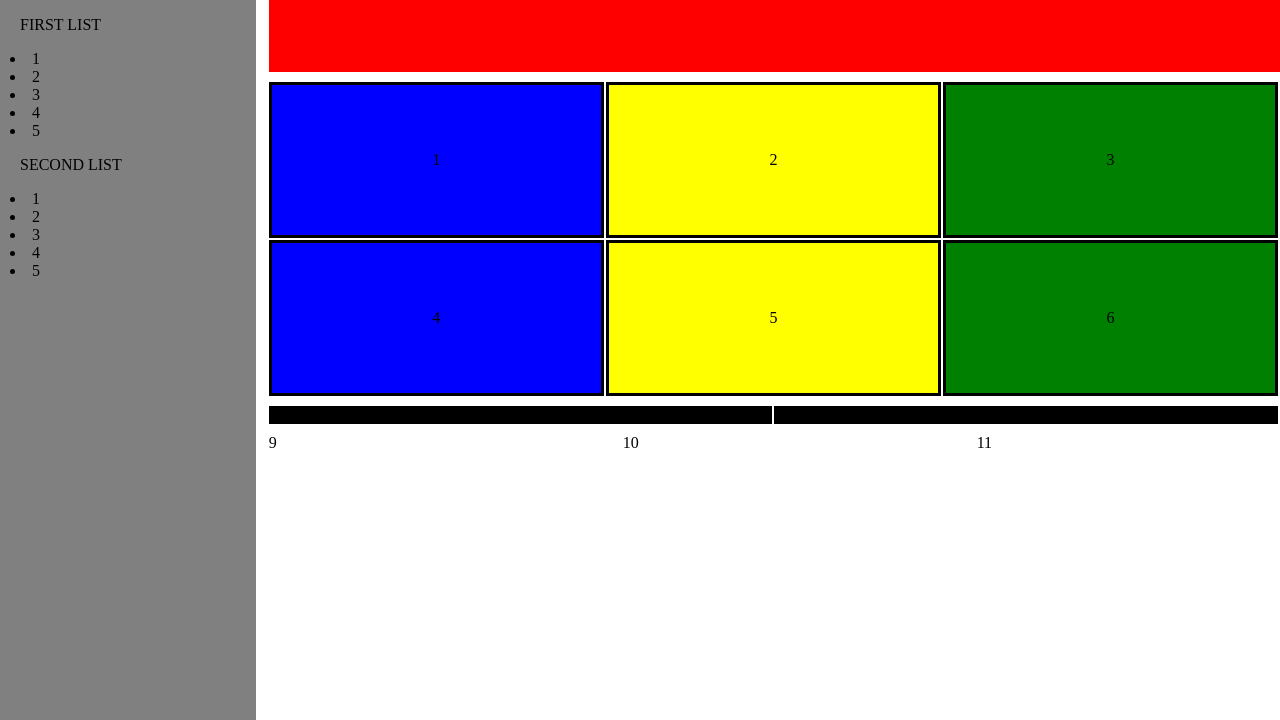
Repository: future4code/Gabriel-Ricarte
Page: Semana3/Aula02/Index.html
These files come from the project's save history. The page is drawn as it stood at one moment and after the next save; the edit follows.
The browser window is 1280 px wide. The pictures show the whole page.

Above is the page before, as saved 2019-11-12 19:07:13.

### Semana3/Aula02/Index.html
<!DOCTYPE html>
<html lang="Pt-br">
<head>
    <meta charset="UTF-8">
    <meta name="viewport" content="width=device-width, initial-scale=1.0">
    <meta http-equiv="X-UA-Compatible" content="ie=edge">
    <link rel="stylesheet" href="Style.css">
    <meta name="viewport" content="width=device-width, initial-scale=1">
    <title>Responsividade</title>
</head>
<body>
    <div>
        <div>
            <div class="barraLateral">
               <div id="lista">
                <lu>
                    <p class="paragrafoLista">FIRST LIST</p>
                    <li>1</li>
                    <li>2</li>
                    <li>3</li>
                    <li>4</li>
                    <li>5</li>
                </lu>
                <lu>
                    <p class="paragrafoLista">SECOND LIST</p>
                    <li>1</li>
                    <li>2</li>
                    <li>3</li>
                    <li>4</li>
                    <li>5</li>
                </lu>
               </div>

            </div>
            <div class="mainContent">
                <div class="barraSuperior"></div>
                <div class="FirstContainer">
                    <div id="firstPartContainer">
                            <div id="superior1">1</div>
                            <div id="superior2">2</div>
                            <div id="superior3">3</div>

                    </div>
                    <div id="secondPartContainer">

                        <div id="inferior4">4</div>
                        <div id="inferior5">5</div>
                        <div id="inferior6">6</div>

                    </div>
                </div>
                <div class="SecondContainer">
                    <div id="quadrado1">7</div>
                    <div id="quadrado2">8</div>
                </div>
                <div class="ThirdContainer">
                    <div id="quadrado9">9</div>
                    <div id="quadrado10">10</div>
                    <div id="quadrado11">11</div>
            </div>
        </div>


        </div>


    </div>





</body>
</html>

### Semana3/Aula02/Style.css
body{
    margin: 0;
    padding: 0;
}
.flexBox{
    display:flex;
}
#lista{
    margin:10px;
}
.barraLateral{
    background-color: grey;
    height: 100vh;
    width: 20vw;
    position: fixed;

}
.barraSuperior{
    background-color: red;
    height: 10vh;
    width: 100%;
    margin-bottom: 10px;

}
.paragrafoLista{
    border-left-width: 10px;
    padding-left: 0px;
    margin-left: 10px;
    margin-right: 10px;
}
.FirstContainer{
    background-color:white;
    width: 100%;


}
.mainContent{
    margin-left: 21vw;

}

#superior1, #inferior4{
    background-color: blue;
    flex-grow: 1;
    margin-right: 2px;

}
#superior2, #inferior5{
    background-color: yellow;
    flex-grow: 1;
    margin-right: 2px;

}
#superior3, #inferior6{
 background-color: green;
 flex-grow: 1;
 margin-right: 2px;
}
#quadrado1,#quadrado2{
    background-color: black;
    flex-grow: 1;
    margin-right: 2px;
}

#firstPartContainer{
    display: flex;
    margin-bottom: 2px;
}
#secondPartContainer{
    display: flex;
}

.SecondContainer{
    width: 100%;
    margin: 10px 0;
    display: flex;

}
.ThirdContainer{
    width: 100%;
    display: flex;
    justify-content: space-between;
    margin-bottom: 5px;

}
#quadrado9, #quadrado10, #quadrado11{
    width: 30%;
}
.SecondContainerGrid>div{
 color: aliceblue;
 display: flex;
 align-items: center;
 height: 240px;
 justify-content: center;
}
#superior1,#superior2,#superior3,#inferior4,#inferior5,#inferior6{
    border: solid;
    display: flex;
    align-items: center;
    height: 150px;
    justify-content: center;
}
.ThirdContainerGrid>div{
    border: solid;
    background-color:white;
    align-items: center;
    display: flex;
    height: 180px;
    justify-content: center;
}



@media (max-width:1000px){



    .FirstContainerGrid{

        flex-wrap: wrap;


    }
    .FirstContainerGrid>div{
        min-height: 80px;
    }

    #firstPartContainer{
        flex-wrap: wrap;
    }
    #superior1, #superior2{
        margin: 5px;
    }
    #superior3{
        width: 100%;
        margin-top: 10px;
        margin-bottom: 10px;
        margin:6px;
    }
    #secondPartContainer{
        flex-wrap: wrap;
    }
    #inferior4, #inferior5{
        margin:5px;
    }
    #inferior6{
        width: 100%;
        margin-top: 10px;
        margin-bottom: 10px;
        margin:6px;
    }
    #quadrado1{
        margin-right: 20px;
    }
    #quadrado1, #quadrado2{
        height: 60vh;
    }
    .ThirdContainerGrid{
        flex-wrap: wrap;
    }
    #quadrado11{
        width: 100%;
        margin-top:10px
    }
    #quadrado9, #quadrado10{
        width: 48%;
    }





}
@media(max-width:850px){
    .mainContent{
        margin-left: 0;
    }

    .barraLateral{
        display:none;


    }


}
@media(max-width:780px){

    .FirstContainerGrid{

       display:flex;
       flex-direction: column;
    }
    .FirstContainerGrid>div{
        margin:5px;

    }
    #firstPartContainer{
        display: block;
        margin-bottom: 2px;
    }
    #superior1, #superior2{
        margin: 5px;
    }
    #superior3{
        margin-right: 5px;
        margin-left: 5px;
        margin-bottom:0px;
        width:97%;
    }

   #secondPartContainer{
       display: block;
   }
    #quadrado1{
        margin:5px;
        margin-top:0px;

    }
    #quadrado2{
        margin-left: 5px;
        margin-right: 5px;
    }

   #inferior4{
    margin: 5px;
    margin-top:0px;
   }
   #inferior5{
       margin: 5px;
   }
   #inferior6{
       margin:5px;
       margin-bottom:0px;
       width:97%;
   }
   #quadrado9, #quadrado10, #quadrado11{
       width: 98%;

   }

    .SecondContainerGrid{
        display: flex;
        flex-direction: column;
    }
    .SecondContainerGrid>div{
        margin: 5px;
    }
    .ThirdContainerGrid{
        display: flex;
        flex-direction: column;
    }
    .ThirdContainerGrid>div{
        margin: 5px;

    }





}

After the next save:
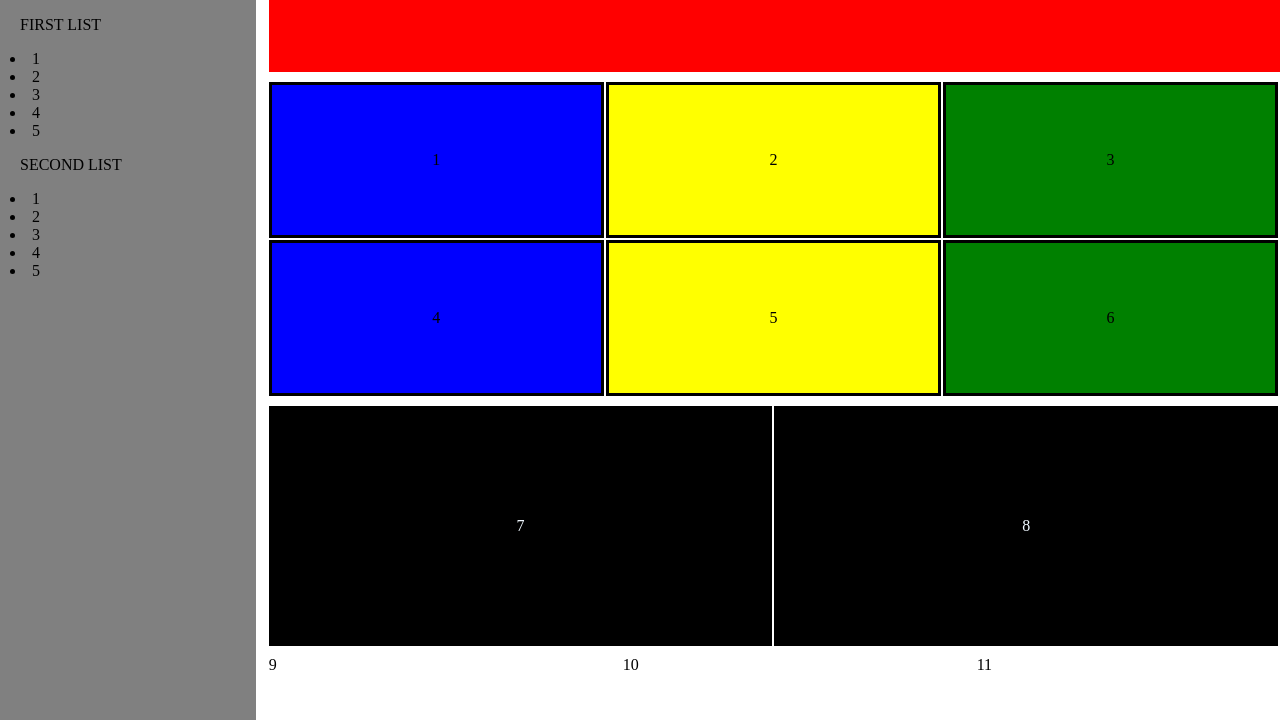
Saved 9 s later.
--- a/Semana3/Aula02/Style.css
+++ b/Semana3/Aula02/Style.css
@@ -86,7 +86,7 @@ body{
 #quadrado9, #quadrado10, #quadrado11{
     width: 30%;
 }
-.SecondContainerGrid>div{
+.SecondContainer>div{
  color: aliceblue;
  display: flex;
  align-items: center;
